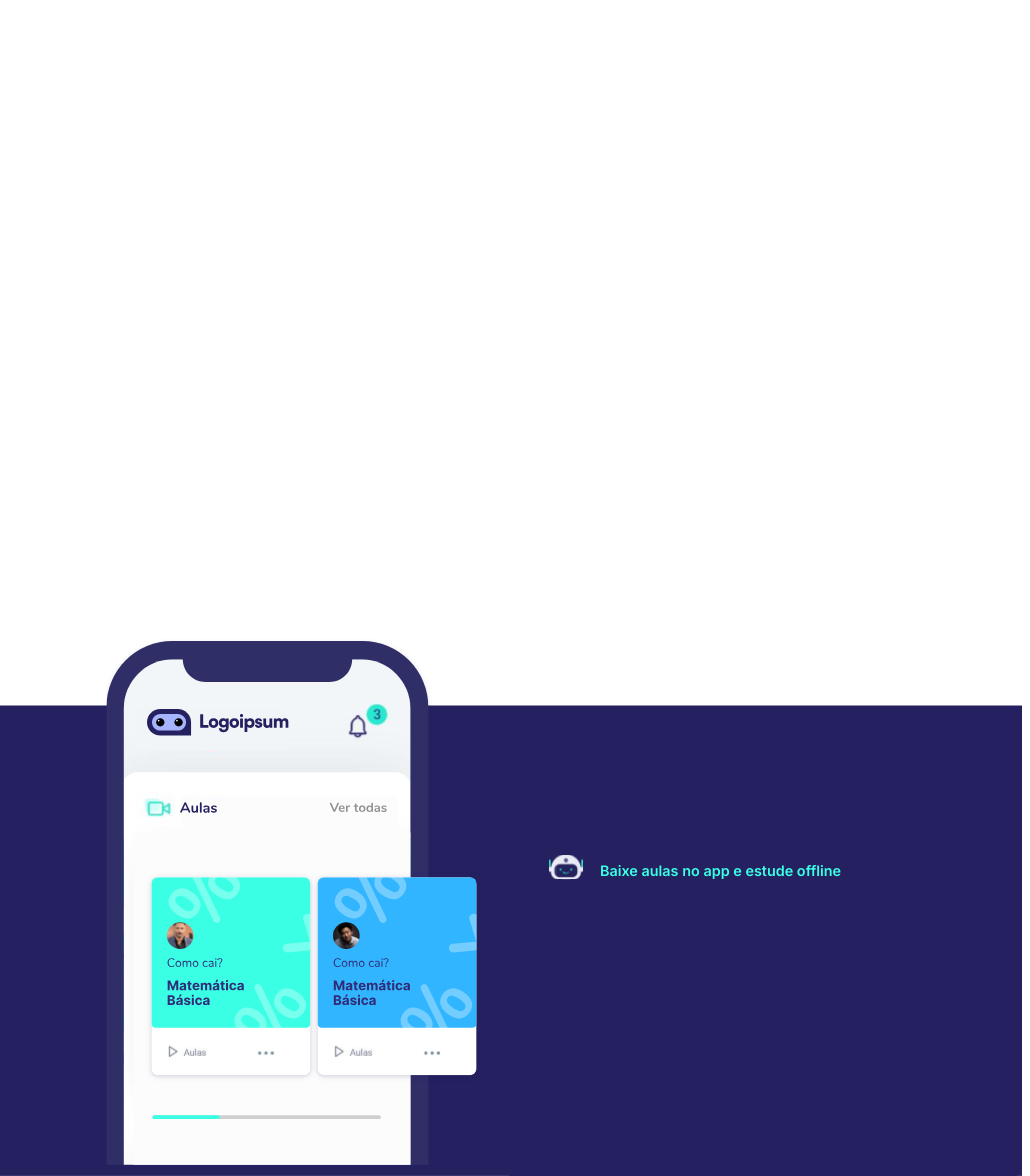
Repository: Williamlmachado/Desafio-Landing-page
Page: index.html
These files come from the project's save history. The page is drawn as it stood at one moment and after the next save; the edit follows.
The browser window is 1280 px wide. The page is 1472 px wide, so the pictures cover 1472 px, including what lies to the right of the window. The pictures show the part of the page from y = 3527 to 5207 px (the page is 5207 px tall), at 70% of full size.
Some icons come from a web library that is not loaded, so they are not drawn.

Above is the page before, as saved 2021-11-10 16:49:23.

After the next save:
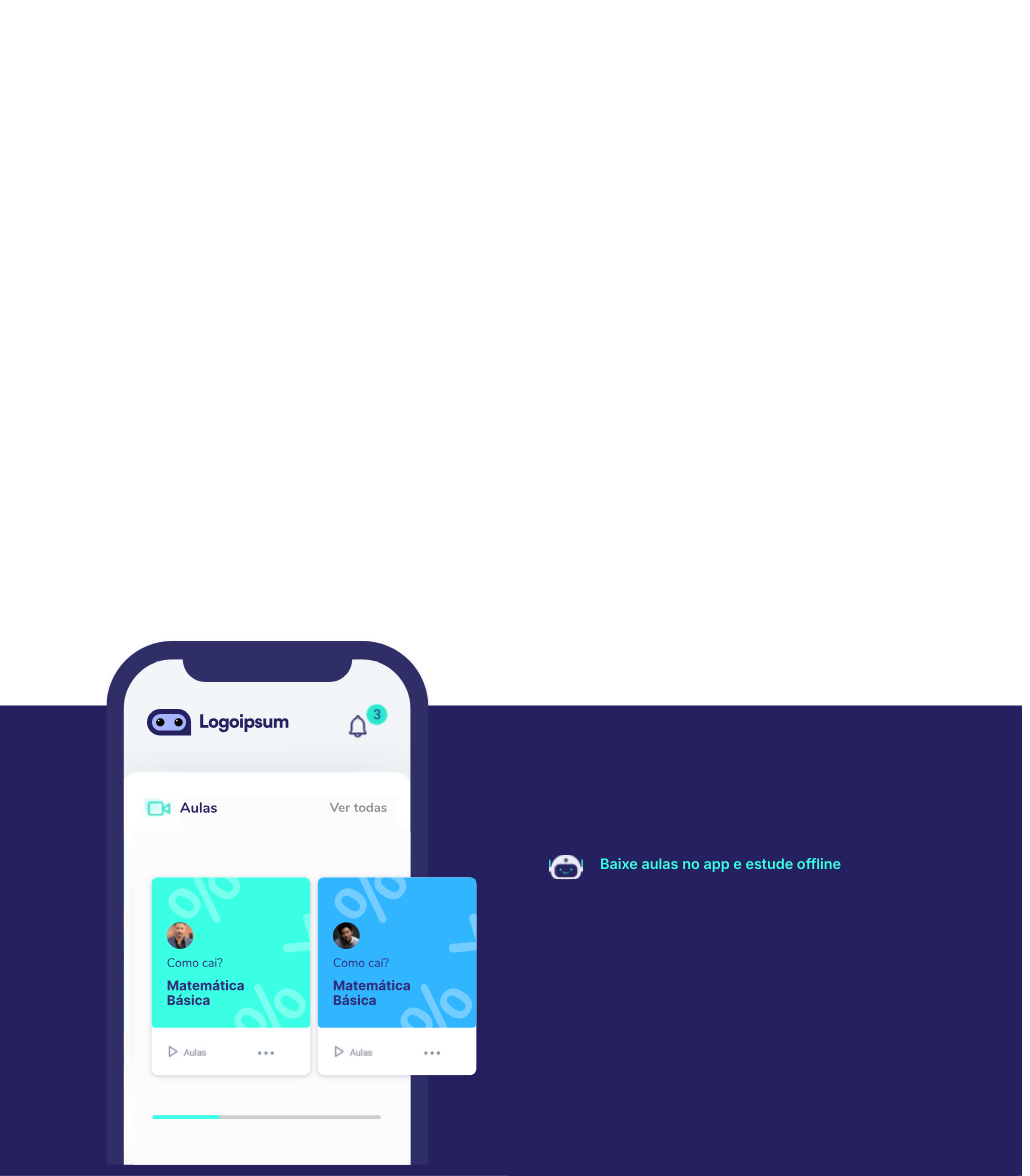
Saved 6 s later.
--- a/style.css
+++ b/style.css
@@ -488,6 +488,6 @@
     flex: none;
     order: 1;
     flex-grow: 0;
-    margin-top: -25px;
+    margin-top: -35px;
     margin-left: 857.02px;
 }
